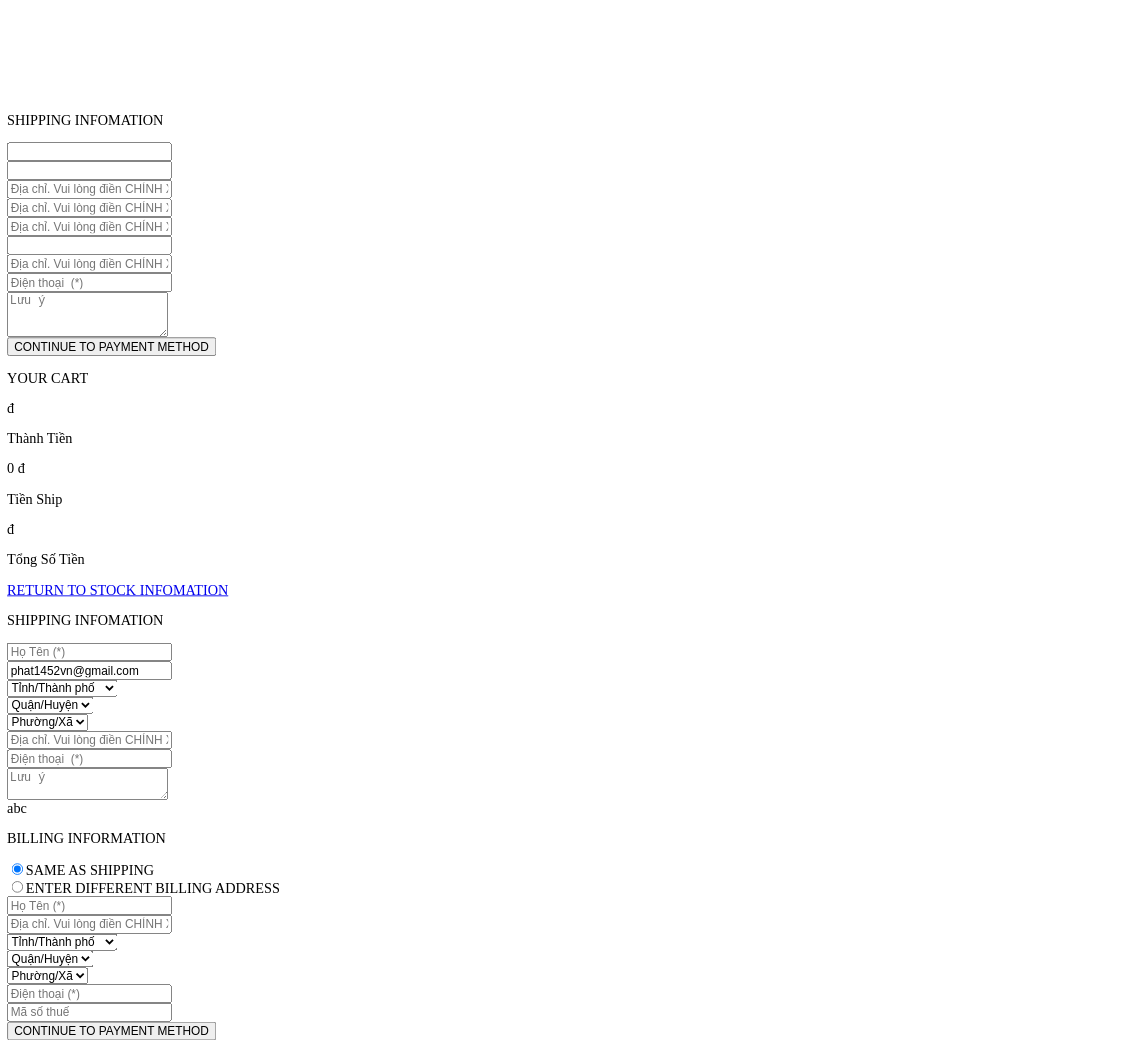
Repository: nguyengiabao245/NHOM3_C2
Page: http://localhost/DoAnJava/WEB-INF/views/order/checkout.jsp
An editor plug-in stored every save of this project. The page is shown before and after the next save, followed by the edit.
The browser window is 1280 px wide. The pictures show the whole page, at 89% of full size.
The page is served by Tomcat 9. Nobody is signed in. The template is opened directly, without the code that normally fills it, so the values that code supplies are empty.

Above is the page before, as saved 2022-05-15 12:00:35.

After the next save:
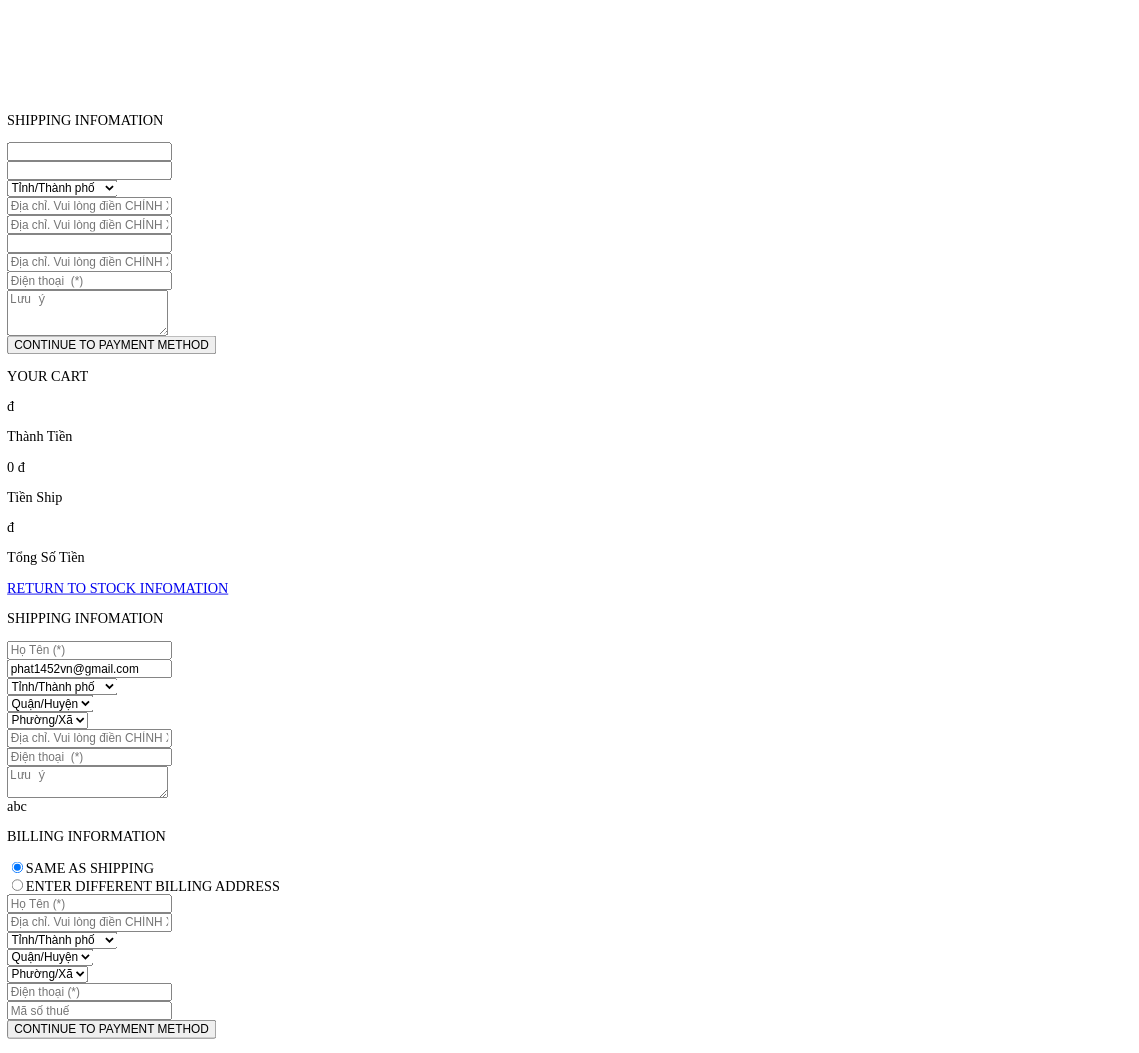
Saved 103 s later.
--- a/DoAnJava/src/main/webapp/WEB-INF/views/order/checkout.jsp
+++ b/DoAnJava/src/main/webapp/WEB-INF/views/order/checkout.jsp
@@ -24,9 +24,73 @@
 								<div class="frm-item">
 									<form:input path="user.id" class="form-control" readonly="true" />
 								</div>
-								<div class="frm-item">
-									<form:input path="address" class="form-control"
-										placeholder="Địa chỉ. Vui lòng điền CHÍNH XÁC 'tầng, số nhà, đường'.  (*)" />
+								<div class="frm-item same-city">
+										<select class="select-city" data-child="district"
+									name="shipping_city_id"><option value="0">Tỉnh/Thành
+										phố</option>
+									<option value="1">Hồ Chí Minh</option>
+									<option value="2">Hà Nội</option>
+									<option value="3">Bình Dương</option>
+									<option value="4">Đà Nẵng</option>
+									<option value="5">Hải Phòng</option>
+									<option value="6">Long An</option>
+									<option value="7">Bà Rịa Vũng Tàu</option>
+									<option value="8">An Giang</option>
+									<option value="9">Bắc Giang</option>
+									<option value="10">Bắc Kạn</option>
+									<option value="11">Bạc Liêu</option>
+									<option value="12">Bắc Ninh</option>
+									<option value="13">Bến Tre</option>
+									<option value="14">Bình Định</option>
+									<option value="15">Bình Phước</option>
+									<option value="16">Bình Thuận</option>
+									<option value="17">Cà Mau</option>
+									<option value="18">Cần Thơ</option>
+									<option value="19">Cao Bằng</option>
+									<option value="20">Đắk Lắk</option>
+									<option value="21">Đắk Nông</option>
+									<option value="22">Điện Biên</option>
+									<option value="23">Đồng Nai</option>
+									<option value="24">Đồng Tháp</option>
+									<option value="25">Gia Lai</option>
+									<option value="26">Hà Giang</option>
+									<option value="27">Hà Nam</option>
+									<option value="28">Hà Tĩnh</option>
+									<option value="29">Hải Dương</option>
+									<option value="30">Hậu Giang</option>
+									<option value="31">Hòa Bình</option>
+									<option value="32">Hưng Yên</option>
+									<option value="33">Khánh Hòa</option>
+									<option value="34">Kiên Giang</option>
+									<option value="35">Kon Tum</option>
+									<option value="36">Lai Châu</option>
+									<option value="37">Lâm Đồng</option>
+									<option value="38">Lạng Sơn</option>
+									<option value="39">Lào Cai</option>
+									<option value="40">Nam Định</option>
+									<option value="41">Nghệ An</option>
+									<option value="42">Ninh Bình</option>
+									<option value="43">Ninh Thuận</option>
+									<option value="44">Phú Thọ</option>
+									<option value="45">Phú Yên</option>
+									<option value="46">Quảng Bình</option>
+									<option value="47">Quảng Nam</option>
+									<option value="48">Quảng Ngãi</option>
+									<option value="49">Quảng Ninh</option>
+									<option value="50">Quảng Trị</option>
+									<option value="51">Sóc Trăng</option>
+									<option value="52">Sơn La</option>
+									<option value="53">Tây Ninh</option>
+									<option value="54">Thái Bình</option>
+									<option value="55">Thái Nguyên</option>
+									<option value="56">Thanh Hóa</option>
+									<option value="57">Thừa Thiên Huế</option>
+									<option value="58">Tiền Giang</option>
+									<option value="59">Trà Vinh</option>
+									<option value="60">Tuyên Quang</option>
+									<option value="61">Vĩnh Long</option>
+									<option value="62">Vĩnh Phúc</option>
+									<option value="63">Yên Bái</option></select>
 								</div>
 								<div class="frm-item">
 									<form:input path="address" class="form-control"
